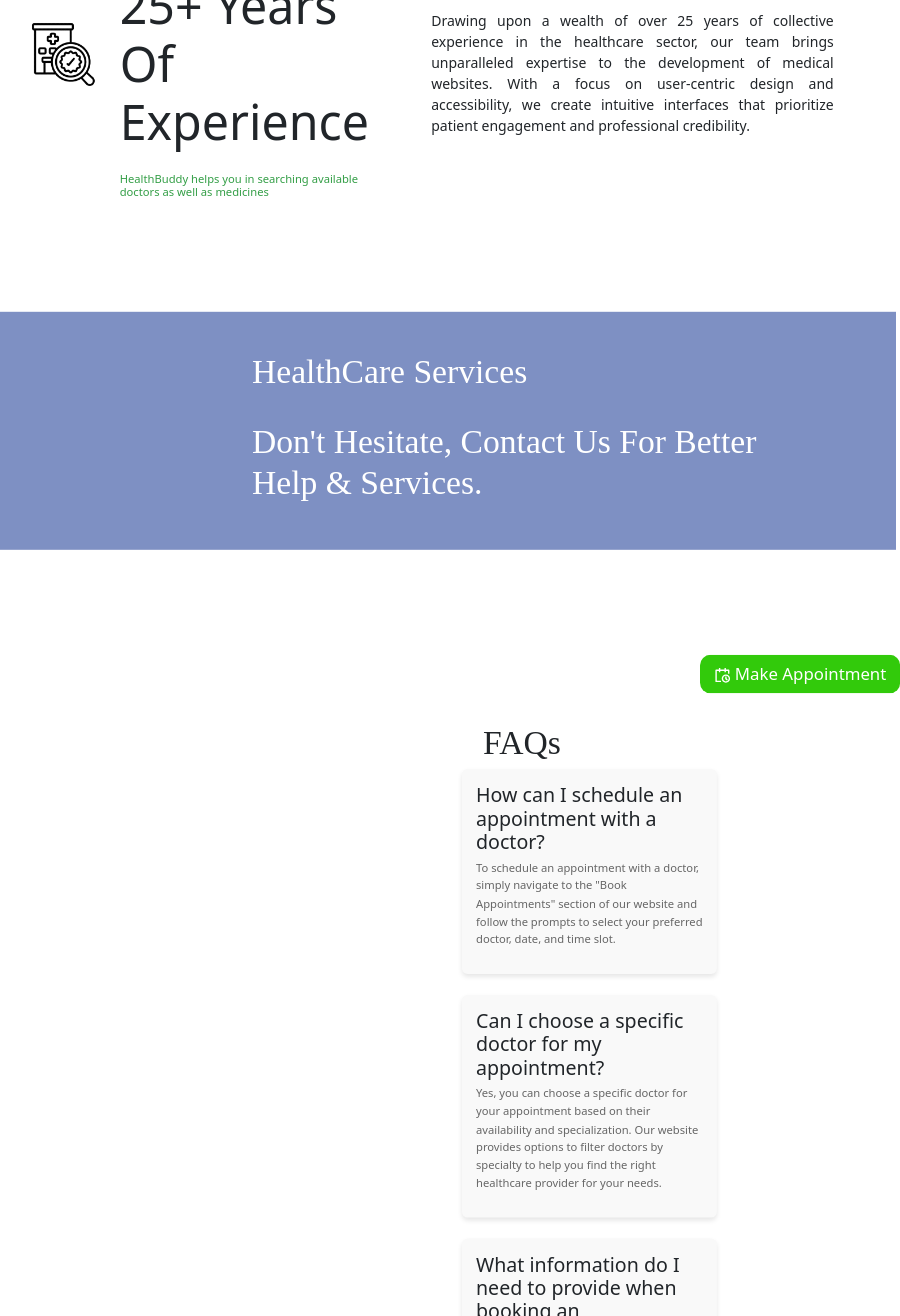
Repository: WajihaGul/MedicalApp-Frontend
Page: /
The author's editor kept a copy of each file at every save. The page is drawn from the files as they stood at one save, then again after a run of saves.
The browser window is 1280 px wide. The page is 1286 px wide, so the pictures cover 1286 px, including what lies to the right of the window. The pictures show the part of the page from y = 1548 to 3428 px (the page is 4913 px tall before and 4921 px after), at 70% of full size.
The project was rebuilt for these pictures with package versions that can differ from the ones it lists, and the page was loaded fresh each time. Also part of the build but not shown: vite.config.js, src/index.css, src/App.css.

Above is the page before, as saved 2024-05-08 22:40:15.

### public/index.html
<!DOCTYPE html>
<html lang="en">
  <head>
    <meta charset="utf-8" />
    <link rel="icon" href="%PUBLIC_URL%/favicon.ico" />
    <meta name="viewport" content="width=device-width, initial-scale=1" />
    <meta name="theme-color" content="#000000" />
    <meta
      name="description"
      content="Web site created using create-react-app"
    />
    <link rel="apple-touch-icon" href="%PUBLIC_URL%/logo192.png" />

    <link rel="manifest" href="%PUBLIC_URL%/manifest.json" />

    <title>Health Buddy</title>

    <!-- Bootstrap CSS -->

    <link href="https://cdn.jsdelivr.net/npm/bootstrap@5.3.3/dist/css/bootstrap.min.css" rel="stylesheet">
  </head>
  <body>
    <noscript>You need to enable JavaScript to run this app.</noscript>
    <div id="root"></div>

  </body>
</html>

### src/index.js
import React from "react";
import ReactDOM from "react-dom/client";
import "./index.css";
import "bootstrap/dist/css/bootstrap.min.css";
import { Auth0Provider } from "@auth0/auth0-react";
import App from "./App";

const root = ReactDOM.createRoot(document.getElementById("root"));
root.render(
  <Auth0Provider
    domain="dev-0g3c3dxmqjxyqw2c.us.auth0.com"
    clientId="oMzUGa6dYetqfOyrTVNkJyeCd189p4oL"
    authorizationParams={{
      redirect_uri: window.location.origin,
    }}
  >
    <App />
  </Auth0Provider>
);

### src/App.js
import "./App.css";
import Homepage from "./Pages/Homepage";
function App() {
  return (
    <>
      <Homepage />
    </>
  );
}

export default App;

### src/Pages/Homepage.jsx
import Accomplishments from "../Components/Accomplishments/Accomplishments";
import Experience from "../Components/Experience/Experience";
import LandingPage from "./../Components/LandingPage/LandingPage";
import NavigationBar from "./../Components/NavigationBar/Navbar";
import MakeAppointment from "../Components/MakeAppointment/MakeAppointment";
import Footer from "../Components/Footer/Footer";
import Faqs from "../Components/FAQS/Faqs";

const Homepage = () => {
  return (
    <>
      <NavigationBar />
      <LandingPage />
      <Accomplishments />
      <Experience />
      <MakeAppointment />
      <Faqs />
      <Footer />
    </>
  );
};

export default Homepage;

### src/Components/Accomplishments/Accomplishments.jsx
import styles from "./Accomplishments.module.css";

const Accomplishments = () => {
  return (
    <div className={styles.container}>
      <div className={styles.innerContainer}>
        <div className={styles.column1}>
          <img
            className={styles.cols_img}
            src="https://medi-dove.netlify.app/img/counter/counter-icon-7.png"
            alt=""
          />

          <p className={styles.explanationi}>540 + </p>

          <p className={styles.explanationii}>Expert Doctors</p>

          <p className={styles.explanationiii}>
            Our team of dedicated professionals ensures personalized care and
            expert guidance tailored to your unique health needs
          </p>
        </div>

        <div className={styles.column1}>
          <img
            className={styles.cols_img}
            src="https://medi-dove.netlify.app/img/counter/counter-icon-9.png"
            alt=""
          />

          <p className={styles.explanationi}>899+</p>

          <p className={styles.explanationii}>Problem Solve</p>

          <p className={styles.explanationiii}>
            Benefit from our extensive expertise in resolving medical
            challenges, offering tailored solutions that prioritize patient
            well-being.
          </p>
        </div>

        <div className={styles.column3}>
          <img
            className={styles.cols_img}
            src="https://medi-dove.netlify.app/img/counter/counter-icon-83.png"
            alt=""
          />

          <p className={styles.explanationi}>100+</p>

          <p className={styles.explanationii}>Award Winner</p>

          <p className={styles.explanationiii}>
            With a track record of excellence, we continue to set the standard
            for cutting-edge medical information and services
          </p>
        </div>
      </div>
    </div>
  );
};

export default Accomplishments;

### src/Components/Experience/Experience.jsx
import styles from "./Experience.module.css";

const Experience = () => {
  return (
    <>
      <div className={styles.container}>
        <div className={styles.divimg}>
          <img
            className={styles.eimg}
            src="/Assets/Experience_image.png"
            alt="logo here"
          />
        </div>

        <div>
          <h1 className={styles.ehead1}>25+ Years Of Experience</h1>
          <br />
          <h6 style={{ color: "#339e46" }}>
            HealthBuddy helps you in searching available doctors as well as
            medicines
          </h6>
        </div>
        <div>
          <p className={styles.story_p}>
            Drawing upon a wealth of over 25 years of collective experience in
            the healthcare sector, our team brings unparalleled expertise to the
            development of medical websites. With a focus on user-centric design
            and accessibility, we create intuitive interfaces that prioritize
            patient engagement and professional credibility.
          </p>
        </div>
      </div>
    </>
  );
};
export default Experience;

### src/Components/LandingPage/LandingPage.jsx
import React from "react";
import "bootstrap/dist/css/bootstrap.min.css";
import { Carousel } from "react-bootstrap";
import styles from "./LandingPage.module.css";

const LandingPage = () => {
  return (
    <Carousel>
      <Carousel.Item>
        <img
          className={styles.dblock}
          src="https:hips.hearstapps.com/hmg-prod/images/types-of-doctors-1600114658.jpg?crop=0.974xw:0.729xh;0,0&resize=1200:*"
          alt="First slide"
        />
        <Carousel.Caption>
          <h3 className={styles.sliders_h}>Welcome to HealthBuddy</h3>
          <p className={styles.sliders_p}>
            We are dedicated to providing compassionate care and innovative
            medical solutions tailored to your needs.
          </p>
        </Carousel.Caption>
      </Carousel.Item>
      <Carousel.Item>
        <img
          className={styles.dblock}
          src="https://medi-dove.netlify.app/img/home4/about/overlap.png"
          alt="Second slide"
        />
        <Carousel.Caption>
          <h3 className={styles.sliders_h}>
            Find Trusted Doctors in Your Area
          </h3>
          <p className={styles.sliders_p}>
            Whether you need a primary care physician, specialist, or allied
            healthcare provider, we've got you covered.
          </p>
        </Carousel.Caption>
      </Carousel.Item>
      <Carousel.Item>
        <img
          className={styles.dblock}
          src="https://drz0f01yeq1cx.cloudfront.net/1714474335549-158e1cf4-d33e-41ef-afb5-0ab23aea778c-4929.png"
          alt="Third slide"
        />
        <Carousel.Caption>
          <h3 className={styles.sliders_h}>Convenient Pharmacy Services</h3>
          <p className={styles.sliders_p}>
            Our pharmacy services make it easy to access the medications you
            need, right from the comfort of your own home.
          </p>
        </Carousel.Caption>
      </Carousel.Item>
    </Carousel>
  );
};

export default LandingPage;

### src/Components/NavigationBar/Navbar.jsx
import styles from "./Navbar.module.css";
import { useAuth0 } from "@auth0/auth0-react";

const Navbar = () => {
  const { loginWithRedirect, isAuthenticated, logout } = useAuth0();

  return (
    <>
      <nav className={styles.container}>
        <div className={styles.logo}>
          <img
            className={styles.nav_img}
            src="https://cdn.icon-icons.com/icons2/1465/PNG/512/588hospital_100778.png"
            alt="logo"
          />
          <h1 className={styles.nav_head}>HealthBuddy</h1>
        </div>
        <ul className={styles.navul}>
          <li href="#">Home</li>
          <li href="#">Doctors</li>
          <li href="#">Pharmacies</li>
          <li href="#">Contact Us</li>
        </ul>
        {isAuthenticated ? (
          <li>
            <button
              className={styles.customButton}
              onClick={() =>
                logout({ logoutParams: { returnTo: window.location.origin } })
              }
            >
              Log Out
            </button>
          </li>
        ) : (
          <li>
            <button
              className={styles.customButton}
              onClick={() => loginWithRedirect()}
            >
              Login
            </button>
          </li>
        )}
      </nav>
    </>
  );
};

export default Navbar;

### src/Components/MakeAppointment/MakeAppointment.jsx
import styles from "./MakeAppointment.module.css";
import { RiCalendarScheduleLine } from "react-icons/ri";

const MakeAppointment = () => {
  return (
    <>
      <div className={styles.container}>
        <div className={styles.divii}>
          <h3 className={styles.head3}>HealthCare Services</h3>
          <h1 className={styles.head1}>
            Don't Hesitate, Contact Us For Better Help & Services.
          </h1>
        </div>

        <div className={styles.ButtonHere}>
          <button className={styles.button} type="button">
            <RiCalendarScheduleLine className={styles.icon} />
            Make Appointment
          </button>
        </div>
      </div>
    </>
  );
};

export default MakeAppointment;

### src/Components/Footer/Footer.jsx
import React from "react";
import styles from "./Footer.module.css";
import {
  FaPhone,
  FaEnvelope,
  FaFacebook,
  FaTwitter,
  FaInstagram,
  FaLinkedin,
} from "react-icons/fa";

const Footer = () => {
  return (
    <>
      <footer className={styles.footer}>
        <div className={styles.container}>
          <div className={styles.footer_grid}>
            <div className={styles.footer_item}>
              <h3>Contact Us</h3>
              <p>
                <FaPhone /> +1-123-456-7890
              </p>
              <p>
                <FaEnvelope /> info@medicalwebsite.com
              </p>
            </div>
            <div className={styles.footer_item}>
              <h3>Quick Links</h3>
              <ul>
                <li>
                  <a href="#home">Home</a>
                </li>
                <li>
                  <a href="#doctors">Doctors</a>
                </li>
                <li>
                  <a href="#pharmacy">Pharmacy</a>
                </li>
                <li>
                  <a href="#appointments">Appointments</a>
                </li>
                <li>
                  <a href="#about">About Us</a>
                </li>
                <li>
                  <a href="#contact">Contact Us</a>
                </li>
              </ul>
            </div>
            <div className={styles.footer_item}>
              <h3>Services</h3>
              <ul>
                <li>
                  <a href="#appointment">Book Appointment</a>
                </li>
                <li>
                  <a href="#pharmacy-order">Order Medicine</a>
                </li>
              </ul>
            </div>
            <div className={styles.footer_item}>
              <h3>Follow Us</h3>
              <ul className={styles.social_icons}>
                <li>
                  <a href="https://facebook.com">
                    <FaFacebook />
                  </a>
                </li>
                <li>
                  <a href="https://twitter.com">
                    <FaTwitter />
                  </a>
                </li>
                <li>
                  <a href="https://instagram.com">
                    <FaInstagram />
                  </a>
                </li>
                <li>
                  <a href="https://linkedin.com">
                    <FaLinkedin />
                  </a>
                </li>
              </ul>
            </div>
          </div>
        </div>
        <div className={styles.footer_bottom}>
          <div className={styles.container}>
            <p>
              &copy; {new Date().getFullYear()} Medical Website. All rights
              reserved.
            </p>
          </div>
        </div>
      </footer>
    </>
  );
};

export default Footer;

### src/Components/FAQS/Faqs.jsx
import React from "react";
import styles from "./Faqs.module.css";

const Faqs = () => {
  return (
    <section className={styles.faq_section}>
      <div className={styles.faq_content}>
        <h2 className={styles.faq_h2}>FAQs</h2>
        <div className={styles.faq_item}>
          <h3>How can I schedule an appointment with a doctor?</h3>
          <p>
            To schedule an appointment with a doctor, simply navigate to the
            "Book Appointments" section of our website and follow the prompts to
            select your preferred doctor, date, and time slot.
          </p>
        </div>
        <div className={styles.faq_item}>
          <h3>Can I choose a specific doctor for my appointment?</h3>
          <p>
            Yes, you can choose a specific doctor for your appointment based on
            their availability and specialization. Our website provides options
            to filter doctors by specialty to help you find the right healthcare
            provider for your needs.
          </p>
        </div>
        <div className={styles.faq_item}>
          <h3>
            What information do I need to provide when booking an appointment?
          </h3>
          <p>
            When booking an appointment, you will need to provide basic
            information such as your name, contact details, reason for visit,
            and any relevant medical history. This information helps us ensure
            that you receive the appropriate care during your visit.
          </p>
        </div>
        <div className={styles.faq_item}>
          <h3>How can I order prescription medications from the pharmacy?</h3>
          <p>
            Ordering prescription medications from our pharmacy is easy. Simply
            log in to your account on our website, navigate to the pharmacy
            section, and browse our catalog of available medications. Add the
            desired items to your cart, proceed to checkout, and follow the
            instructions to complete your order
          </p>
        </div>

        <div className={styles.faq_item}>
          <h3>
            How long does it take for prescription medications to be delivered?
          </h3>
          <p>
            Prescription medication delivery times may vary depending on your
            location and the availability of the medications you have ordered.
            Typically, orders are processed and dispatched within 24 hours, and
            delivery times range from 2-3 business days.
          </p>
        </div>
      </div>
    </section>
  );
};

export default Faqs;

### src/Components/Accomplishments/Accomplishments.module.css
.container{
    margin:0 auto;
    width: 1200px;
    padding-top: 30px;
    padding-bottom: 30px;
    margin-top: 30px;
    display: flex;
    flex-direction: column;
}
.innerContainer{
    display: flex;
    flex-direction: row;
}
.column1 , .column2 , .column3{
    display: flex;
    flex-direction: column;
    justify-content: center;
    align-items: center;
}
.explanationi{
    font-size: xxx-large;
    font-weight: 700px;
}

.explanationii{
    color: green;
    font-size: larger;
    font-style: italic;
    margin-top: -12px;
}

.explanationiii{
    text-align: justify;
    margin-right: 23px;
    font-size:24px;
}

.cols_img{
    height: 150px;
    width: 150px;
    align-items: center !important;
    justify-content: center !important;
}

### src/Components/Experience/Experience.module.css
.container{
  margin: 0 auto;
  width: 1200px;
  margin-top: 138px;
  display: flex;
  flex-direction: row;
  margin-bottom: 138px;
}

.logo, .experience , .story{
  margin: 10px;
  height: 100px !important;
}

.story_p{
  padding: 49px;
    text-align: justify;
    font-size: 20px;
    width: 673px;
}
.divimg{
  padding-top: 31px;
  padding-right: 30px;
}
.ehead1{
  font-size: 69px;
}

.eimg{
  height: 131px;
    padding-top: 30px;
}

### src/Components/LandingPage/LandingPage.module.css
.carousel {
  overflow: hidden; /* Hide any overflow */
}

.carousel-item img {
  max-width: 100%; /* Ensure images don't exceed the width of the container */
  max-height: 100vh; /* Adjust the height as needed to fit within the viewport */
  margin: auto; /* Center the images horizontally */
}

.dblock{
  height: 100vh;
  width: 100%;
  margin-bottom: 100px;
  filter: brightness(0.5);
}

.sliders_p{
  font-size: 48px;
  color: white;
  width: 1462px;
  text-align: center;
  padding-bottom: 156px;
  font-family: serif;
}

.sliders_h{
  font-size: 48px;
  font-family: serif;
}

### src/Components/NavigationBar/Navbar.module.css
nav {
    position: fixed;
    top: 0;
    left: 0;
    width: 100%;
    display: flex;
    justify-content: space-between;
    align-items: center;
    height: 80px;
    padding: 0 30px;
    background-color: #4f4fa1;
    box-shadow: 0px 4px 10px rgba(0, 0, 0, 0.1);
    z-index: 10;
}

.navul {
  display: flex;
  gap: 53px;
  list-style-type: none;
  margin: 0;
  padding: 0;
  font-size: x-large;
  box-sizing: border-box;
  font-family: cursive;
  color: white;
  font-weight: 800;
}

.navbar-item {
  position: relative;
}

.navbar-item a {
  text-decoration: none;
  color: #fff;
  font-weight: bold;
  padding: 15px 20px;
  border-radius: 10px;
  transition: background-color 0.3s ease;
}

.navbar-item a:hover {
  background-color: rgba(255, 255, 255, 0.2); /* Semi-transparent background on hover */
}

.customButton {
  background-color: #f0f1ff;
    border: none;
    font-family: cursive;
    color: #2259b1;
    padding: 0px 32px;
    text-align: center;
    text-decoration: none;
    display: inline-block;
    margin: 4px 2px;
    cursor: pointer;
    border-radius: 4px;
    transition-duration: 0.4s;
    font-size: x-large;
    height: 54px;
    font-weight: 700;
}

.customButton:hover {

}


.btn-primary.btn-lg:hover {
  transform: scale(1.05); /* Scale button on hover */
}

.logo {
  display: flex;
  align-items: center;
}

.nav_img {
  height: 47px;
  margin-right: 20px;
  margin-top: -9px;
  margin-right: 14px;
}

.nav_head {
  font-size: 2.5rem;
  margin-left: -12px;
  color:#ffffff;
  font-family: cursive;
  margin-bottom: 1px;
  font-weight: 800;
  font-size: xx-large;
}

### src/Components/MakeAppointment/MakeAppointment.module.css
.container{
    width: 100%;
    background-color: rgb(126 144 195);
    height: 340px;
    margin-top: 152px
}
.head3{
    color: white;
    font-family: cursive;
    margin-left: 290px;
    padding-top: 46px;
    width: 800px;
    font-size: xxx-large;
}
.head1{
    margin-top: 44px;
    color: white;
    font-family: cursive;
    margin-left: 290px;
    font-size: xxx-large;
    width: 800px;
}

.ButtonHere, .divii{
    float: left;
    width: 280px;
    margin: 10px;
}

.divii{
    margin-left: 70px;
    margin-right: -32px;
}

.ButtonHere{
    margin-left: 1000px;
    margin-top: 200px;
}

.button{
    height: 55px;
    width: 286px;
    border-color: transparent;
    font-size: x-large;
    border-radius: 15px;
    background-color: #32ca0b;
    color: white;
}

.icon{
    margin-right: 6px;
    height: 54px;
}

### src/Components/Footer/Footer.module.css
.footer {
  background-color: #191931;
  padding-top: 26px;
  padding-left: 25px;
  font-family: emoji;
  color: white;
  display: flex;
  flex-direction: column;
  justify-content: space-between; /* Align content at the top and bottom */
  height: 100%; /* Make the footer take the full height */
}

.footer .container {
  justify-content: space-between;
  color: white;
}

.footer_grid {
  color: white;
  display: grid;
  grid-template-columns: repeat(4, 1fr);
  grid-gap: 30px;
}

.footer_item {
  color: white;
  margin-bottom: 30px;
}

.footer_item h3 {
  color: white;
  font-size: 1.2rem;
  margin-bottom: 15px;
  color: white;
}

.footer_item p {
  color: white;
  font-size: 1rem;
  margin-bottom: 10px;
}

.footer_item ul {
  color: white;
  list-style-type: none;
  padding: 0;
}

.footer_item ul li {
  margin-bottom: 5px;
  color: white;
}

.footer_item ul li a {
  color: #333;
  text-decoration: none;
  color: white;
}

.footer_item ul li a:hover {
  color: #007bff;
}

.social_icons {
  display: flex;
  padding: 0;
  color: white;
}

.social_icons li {
  margin-right: 10px;
  color: white;
}

.social_icons li:last-child {
  margin-right: 0;
  color: white;
}

.social_icons a {
  color: white;
  font-size: 1.2rem;
  text-decoration: none;
}

.social_icons a:hover {
  color: #007bff;
}

.footer_bottom {
  background-color:  #191931;
  padding: 15px 0;
  color: white;
  text-align: center;
}

.footer_bottom p {
  margin-left: -23px;
  font-size: 0.9rem;
  color: white;
}

### src/Components/FAQS/Faqs.module.css
.faq_section {
    max-width: 1587px;
    display: flex;
    padding-left: 300px;
    padding: 300p;
    padding-top: 32px;
    align-items: center;
    margin-left: 340px;
}
  .faq_h2{
    font-size: 3rem;
    font-family: emoji;
    padding-left: 30px;
  }
  .faq_content {
    width: 60%;
    padding-left: 20px;
  }


  .faq_item {
    margin-bottom: 30px;
    background-color: #f9f9f9;
    padding: 20px;
    border-radius: 8px;
    box-shadow: 0 4px 8px rgba(0, 0, 0, 0.1);
    transition: transform 0.3s ease;
  }

  .faq_item:hover {
    transform: translateY(-5px);
    color: #4f4fa1;
  }

  .faq-item h3 {
    font-size: 1.2rem;
    margin-bottom: 10px;
    color: #333;
  }

  .faq_item p {
    font-size: 1rem;
    line-height: 1.6;
    color: #666;
  }

After the next 2 saves:
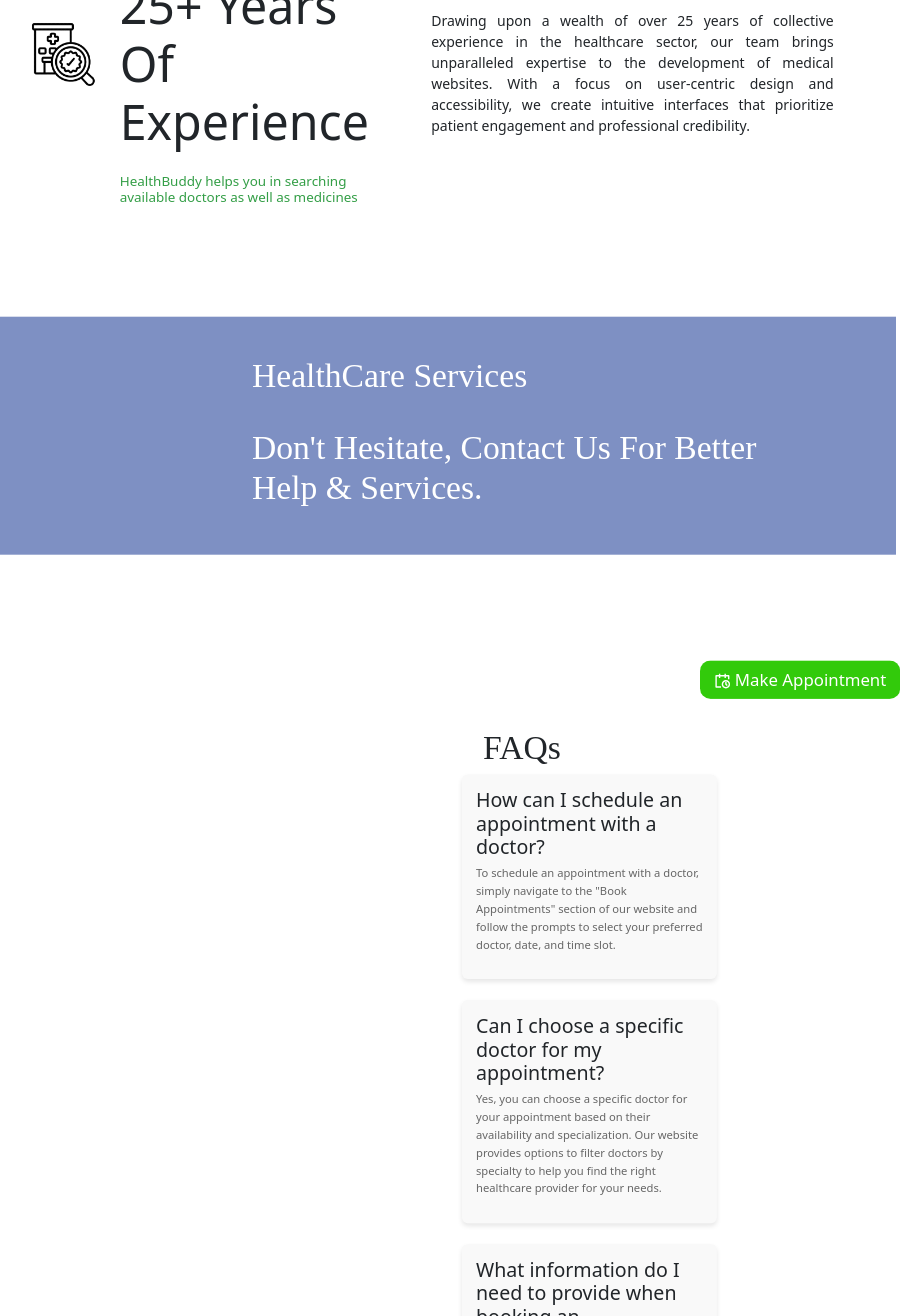
The 2 saves are shown as one change because 1 did not build or start.
The last was saved 2 min 39 s later.
--- a/src/Components/Experience/Experience.jsx
+++ b/src/Components/Experience/Experience.jsx
@@ -15,7 +15,7 @@ const Experience = () => {
         <div>
           <h1 className={styles.ehead1}>25+ Years Of Experience</h1>
           <br />
-          <h6 style={{ color: "#339e46" }}>
+          <h6 className={styles.ehead6}>
             HealthBuddy helps you in searching available doctors as well as
             medicines
           </h6>
--- a/src/Components/Experience/Experience.module.css
+++ b/src/Components/Experience/Experience.module.css
@@ -26,6 +26,10 @@
   font-size: 69px;
 }
 
+.ehead6{
+color: #339e46 ;
+font-size: larger;
+}
 .eimg{
   height: 131px;
     padding-top: 30px;
